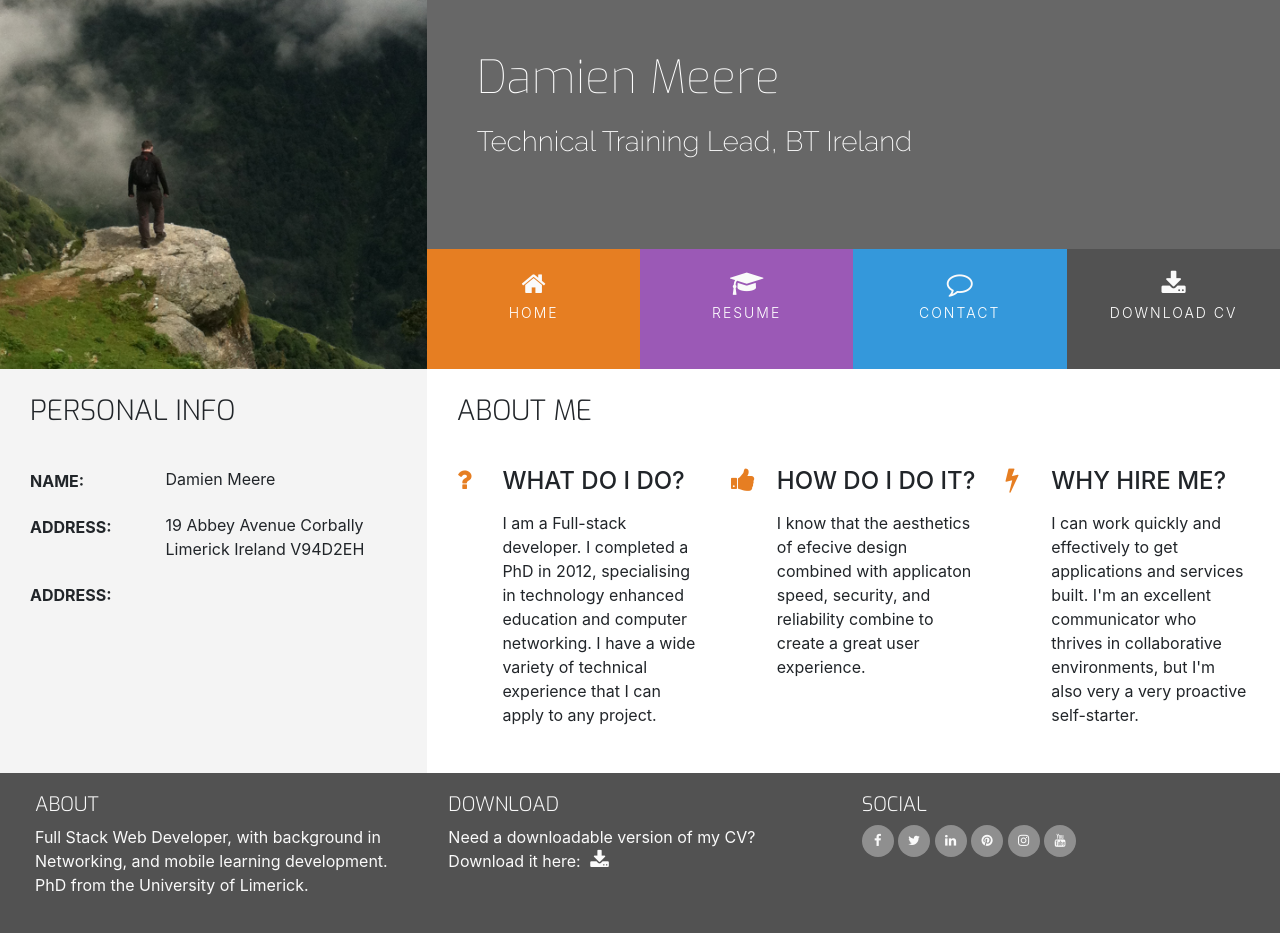
Repository: damien-meere/cv_site_project
Page: index.html
The author's editor kept a record of every edit. The page is drawn from the files as they stood at one moment, then again after the next edit.
The browser window is 1280 px wide. The pictures show the whole page.

Above is the page before.

### index.html
<!DOCTYPE html>
<html lang="en">

<head>
    <meta charset="UTF-8">
    <meta name="viewport" content="width=device-width, initial-scale=1.0">
    <meta http-equiv="X-UA-Compatible" content="ie=edge">
    <link rel="stylesheet" href="https://stackpath.bootstrapcdn.com/bootstrap/4.3.1/css/bootstrap.min.css" type="text/css" />
    <link rel="stylesheet" href="https://stackpath.bootstrapcdn.com/font-awesome/4.7.0/css/font-awesome.min.css" type="text/css" />
    <link rel="stylesheet" href="https://cdnjs.cloudflare.com/ajax/libs/hover.css/2.3.1/css/hover-min.css" type="text/css" />
    <link rel="stylesheet" href="assets/css/style.css" type="text/css" />
    <title>Damien Meere CV</title>
</head>

<body>
    <header>
        <div class="row no-gutters">
            <a href="index.html" class="col-md-4 logo"></a>
            <div class="col-md-8">
                <div class="row bg-color-name-title no-gutters">
                    <div class="col heading">
                        <h1 class="name">Damien Meere</h1>
                        <h2 class="title">Technical Training Lead, BT Ireland</h2>
                    </div>
                </div>
                <div class="row no-gutters">
                    <div class="col">
                        <ul id="nav" class="list-inline menu-container">
                            <!--the i element with fa is a font awesome icon. Aria hidden means this icon is ignored by screen readers-->
                            <li class="col-6 col-sm-3 list-inline-item ui-menu-color-home menuitem">
                                <a href="#" class="hvr-sweep-to-bottom"><i class="fa fa-home" aria-hidden="true"></i><span>Home</span></a>
                            </li>
                            <li class="col-6 col-sm-3 list-inline-item ui-menu-color-resume menuitem">
                                <a href="#" class="hvr-sweep-to-bottom"><i class="fa fa-graduation-cap" aria-hidden="true"></i><span>Resume</span></a>
                            </li>
                            <li class="col-6 col-sm-3 list-inline-item ui-menu-color-contact menuitem">
                                <a href="#" class="hvr-sweep-to-bottom"><i class="fa fa-comment-o" aria-hidden="true"></i><span>Contact</span></a>
                            </li>
                            <li class="col-6 col-sm-3 list-inline-item ui-menu-color-download menuitem">
                                <a href="#" class="hvr-sweep-to-bottom"><i class="fa fa-download" aria-hidden="true"></i><span>Download CV</span></a>
                            </li>
                        </ul>
                    </div>
                </div>
            </div>
        </div>
    </header>

    <!--Content Section of the page-->
    <section class="container-fluid">
        <div class="row">
            <!--contariner divided into 4&8 so -->
            <div class="col-md-4 bg-color-personal-info section-column">
                <div class="row">
                    <div class="col-12"><!--full with on all screen sizes-->
                        <h3 class="section-heading uppercase">Personal Info</h3>
                    </div>
                </div>
                <div class="personal-info-item">
                    <div class="key">
                        <p class="uppercase">
                            Name:
                        </p>
                    </div>
                    <div class="value">
                        <p>
                            Damien Meere
                        </p>
                    </div>
                </div>
                <div class="personal-info-item">
                    <div class="key">
                        <p class="uppercase">
                            Address:
                        </p>
                    </div>
                    <div class="value">
                        <p>
                            19 Abbey Avenue
                            Corbally
                            Limerick
                            Ireland
                            V94D2EH
                        </p>
                    </div>
                </div>
                                <div class="personal-info-item">
                    <div class="key">
                        <p class="uppercase">
                            Address:
                        </p>
                    </div>
                    <div class="value">
                        <p>

                        </p>
                    </div>
                </div>
            </div>


            <!--create a column (because we have to have a column as a direct child of a row) of size 8, which is two-thirds the width of the screen-->
            <!--don't need to add any size classes for screen sizes smaller than medium because Bootstrap will automatically default to 12, our full width.-->
            <!--The row-table class specifies the use of a table whereas section-column specifies the use of a table cell, which will give us evenly sized columns in terms of height.-->
            <div class="col-md-8 bg-color-three-reasons section-column">
                <div class="row">
                    <div class="col">
                        <h3 class="section-heading uppercase">About Me</h3>
                    </div>
                </div>
                <div class="row">
                    <!--When looked at on the mobile, this is going to be 10 columns wide with an offset of 1
                        so that we get the content centered and have a one column margin down the left side.
                        We're going to switch that offset off for tablets and larger because on the tablet,
                        we want it to appear in three columns of content.-->
                    <div class="col-10 offset-1 offset-sm-0 col-sm-4">
                        <div class="row">
                            <div class="col-2">
                                <i class="three-reasons-icon fa fa-question" aria-hidden="true"></i>
                            </div>
                            <div class="col-10">
                                <h4 class="three-reasons-heading uppercase">What do I do?</h4>
                                <p>
                                    I am a Full-stack developer. I completed a PhD in 2012, specialising in technology enhanced education
                                    and computer networking. I have a wide variety of technical experience that I can apply to any project.
                                </p>
                            </div>
                        </div>
                    </div>
                    <div class="col-10 offset-1 offset-sm-0 col-sm-4">
                        <div class="row">
                            <div class="col-2">
                                <i class="three-reasons-icon fa fa-thumbs-up" aria-hidden="true"></i>
                            </div>
                            <div class="col-10">
                                <h4 class="three-reasons-heading uppercase">How do i do it?</h4>
                                <p>
                                    I know that the aesthetics of efecive design combined with applicaton speed, security,
                                    and reliability combine to create a great user experience.
                                </p>
                            </div>
                        </div>
                    </div>
                    <div class="col-10 offset-1 offset-sm-0 col-sm-4">
                        <div class="row">
                            <div class="col-2">
                                <i class="three-reasons-icon fa fa-bolt" aria-hidden="true"></i>
                            </div>
                            <div class="col-10">
                                <h4 class="three-reasons-heading uppercase">Why Hire Me?</h4>
                                <p>
                                    I can work quickly and effectively to get applications and services built. I'm an excellent
                                    communicator who thrives in collaborative environments, but I'm also very a very proactive self-starter.
                                </p>
                            </div>
                        </div>
                    </div>
                </div>
            </div>
        </div>
    </section>

    <!--Footer of the Page-->
    <footer class="container-fluid">
        <div id="footer-details" class="row">
            <div class="col-sm-4">
                <h5 class="uppercase general-sub">About</h5>
                <p class="inline-block">
                    Full Stack Web Developer, with background in Networking, and mobile learning development. PhD from the University of Limerick.
                </p>
            </div>
            <div class="col-sm-4">
                <h5 class="uppercase general-sub">Download</h5>
                <p class="inline-block">
                    Need a downloadable version of my CV? Download it here:
                    <a href="#" target="_blank" class="cv-pdf">
                        <i class="fa fa-download" aria-hidden="true"></i>
                        <span class="sr-only">Download Link</span>
                </p>
            </div>
            <div class="col-sm-4">
                <h5 class="uppercase general-sub">Social</h5>
                <!--unordered list has Bootstrap's default class of list-inline-->
                <!--all items in a list-inline class must use the list-inline-item class-->
                <ul class="list-inline social-links">
                    <li class="list-inline-item">
                        <a target="_blank" href="#">
                            <i class="fa fa-facebook" aria-hidden="true"></i>
                            <!--Screen Reader Only (replace icon with text)-->
                            <span class="sr-only">Facebook</span>
                    </li>
                    <li class="list-inline-item">
                        <a target="_blank" href="#">
                            <i class="fa fa-twitter" aria-hidden="true"></i>
                            <!--Screen Reader Only (replace icon with text)-->
                            <span class="sr-only">Twitter</span>
                    </li>
                    <li class="list-inline-item">
                        <a target="_blank" href="#">
                            <i class="fa fa-linkedin" aria-hidden="true"></i>
                            <!--Screen Reader Only (replace icon with text)-->
                            <span class="sr-only">LinkedIn</span>
                    </li>
                    <li class="list-inline-item">
                        <a target="_blank" href="#">
                            <i class="fa fa-pinterest" aria-hidden="true"></i>
                            <!--Screen Reader Only (replace icon with text)-->
                            <span class="sr-only">Pinterest</span>
                    </li>
                    <li class="list-inline-item">
                        <a target="_blank" href="#">
                            <i class="fa fa-instagram" aria-hidden="true"></i>
                            <!--Screen Reader Only (replace icon with text)-->
                            <span class="sr-only">Instagram</span>
                    </li>
                    <li class="list-inline-item">
                        <a target="_blank" href="#">
                            <i class="fa fa-youtube" aria-hidden="true"></i>
                            <!--Screen Reader Only (replace icon with text)-->
                            <span class="sr-only">YouTube</span>
                    </li>
                </ul>
            </div>
        </div>

    </footer>


</body>

</html>

### assets/css/style.css
@import url('https://fonts.googleapis.com/css?family=Raleway:100,200,300,400,500.600,700|Exo:100,200,300,400,500.600,700');

/*--------------------------------------------------Colours*/
.bg-color-name-title{
    background-color: #676767;
}

.bg-color-three-reasons{
    background-color: #FFF;
}

.ui-menu-color-home {
    background-color: #e67e22;
}

.ui-menu-color-resume {
    background-color: #9b59b6;
}

.ui-menu-color-contact {
    background-color: #3498db;
}

.ui-menu-color-download {
    background-color: #525252;
}

.bg-color-personal-info{
    background-color: #f4f4f4;
}

.bg-color-work-history {
    background-color: #9b59b6;
}


/*--------------------------------------------------Special Padding/margins/text*/

h1,h2,h3,h4 {
    margin: 0;
}

.uppercase {
    text-transform: uppercase;
}

.general-sub {
    font-family: "Exo", sans-serif;
    font-weight:300;
    color: #fafafa;

}

/* By setting to table we can then specify its child columns as table cells, which ensures that the columns will remain equal height, regardless of their content*/
.row-table{
    display:table;
}

.section-column{
    display: table-cell;
    padding: 0 30px 30px;
    float: none;
}

.history-heading,
.section-heading{
    font-family: "Exo", sans-serif;
    font-weight: 300;
    margin-top: 25px;
    margin-bottom: 40px;
}



/*--------------------------------------------------Headings*/
header {
    margin: 0;
}

.heading{
    margin-left: 50px;
}

.logo {
    background: url("../images/logo_image.jpg");
    background-position: center;
    background-repeat: no-repeat;
    background-size: cover;
    min-height: 360px;
    transition: all .5s ease-in-out;
    -moz-transition: all .5s ease-in-out;
    -webkit-transition: all .5s ease-in-out;
}

.name {
    font-family: "Exo", sans-serif;
    font-weight: 100;
    font-size: 46px;
    margin-top: 50px;
    color: #fff;
}

.title {
    font-family: "Raleway", sans-serif;
    font-weight: 200;
    font-size: 28px;
    margin-top: 20px;
    margin-bottom: 90px;
    color: #fff;
}

.list-inline-item:not(:last-child) {
    margin: 0;
}

.menu-container {
    font-size: 0;
}

#nav {
    margin: 0;
}

#nav li {
    font-size: 14px;
    padding: 0;
}

.menuitem {
    height: 120px;
    text-align: center;
    padding: 0;
}

.menuitem a{
    width: 100%;
    text-decoration: none;
    color: #fff;
    height: 120px;
}

.menuitem a i {
    padding-top: 22px;
    /*Set to block to ensure icon appears on a new line*/
    display: block;
    color: #fafafa;
    font-size: 26px;
}


.menuitem span {
    display: block;
    width: 100%;
    padding-top: 5px;
    text-align: center;
    text-transform:uppercase;
    font-size: 14px;
    font-weight: 300;
    letter-spacing: 2px;
}



/*--------------------------------------------------Hover Override*/

.hvr-sweep-to-bottom:before{
    /*setting rgb to black, but the transparancy to 0.2, to its a subtle change*/
    background: rgba(0, 0, 0, 0.2);
}



/*--------------------------------------------------Footer*/

footer {
    background-color: #525252;
    color: #fafafa;
    min-height: 120px;
    margin: 0;

}

.inline-block{
    display:inline-block;
}

.cv-pdf i {
    font-size: 20px;
    color: #fafafa;
    text-align:center;
    padding-left: 5px;
    transition: all 0.3s ease-in-out;
    -moz-transition: all 0.3s ease-in-out;
    -webkit-transition: all 0.3s ease-in-out;
    -o-transition: all 0.3s ease-in-out;
}

.cv-pdf i:hover {
    color: #e84610;
}


.social-links{
    padding-bottom: 15px;
}

.social-links li a i{
    width: 32px;
    height: 32px;
    padding: 12px 0;
    /*if you set the border-radius to 50% when something has equal height and width, then you get a circle.*/
    border-radius: 50%;
    font-size: 13px;
    line-height: 7px;
    text-align: center;
    color: #fafafa;
    background: #8f8f8f;
    transition: all 0.3s ease-in-out;
    -moz-transition: all 0.3s ease-in-out;
    -webkit-transition: all 0.3s ease-in-out;
    -o-transition: all 0.3s ease-in-out;
}

.social-links li a i:hover{
    background: #e84610;

}

#footer-details{
    padding: 20px;
}

/*--------------------------------------------------Three Reasons*/

.three-reasons-icon {
    font-size: 26px;
    color: #e67e22;

}

.three-reasons-heading {
    margin-bottom: 15px;

}

/*--------------------------------------------------Personal Info*/

.personal-info-item {
    margin-bottom: 20px;
    display: block; /*set the display to block, so it will start and end with a newline and occupy the entirety of the horizontal space.*/
    clear: both; /*set the clear to both so that no other items can appear at either side of it in case, we were using floats.*/

}

.personal-info-item .key,
.personal-info-item .value {
    padding-right: 8px;
    display: inline-block; /*nline block allows us to put two divs side-by-side*/
}

.personal-info-item .key p,
.personal-info-item .value p {
    margin: 0;
}

.personal-info-item .key {
    width: 30%;
    margin-right: 21px;
    padding-top: 2px;
    vertical-align: top;

}

.personal-info-item .key p{
    font-weight: 700;
}

.personal-info-item .value {
    width: 60%;
    position: relative;
}

/*--------------------------------------------------Skills*/


.progress {
    position: relative;
    height: 25px;
    margin-bottom: 4px;
}

.progress-type {
    position: absolute;
    left: 0px;
    font-weight: 400;
    padding: 3px 30px 2px 10px;
    color: #fafafa;
    background-color: rgba(25, 25, 25, 0.2);
}

.progress-section {
    margin: 40px 20px;
}



/*--------------------------------------------------Work History*/

.history-heading {
    color: #fafafa;
    margin-bottom: 50px;

}

.timeline-item {
    padding: 4em 2em 0em 2em;
    position: relative;
    color: #fafafa;
    border-left: 1px solid;
}

.timeline-item p {
    padding: 0;
    margin: 0;
}

.timeline-item:before {
    content: attr(data-dates);
    position: absolute;
    left: 2.5em;
    top: 3em;
    display: block;
    font-family: "Exo", sans-serif;
    font-weight: 500;
    font-size: 0.8em;
    margin: 0;
    padding: 0;
}

.timeline-item:after {
    width: 12px;
    height: 12px;
    display:block;
    top: 2.4em;
    position: absolute;
    left: -6px;
    border-radius: 12px;
    content: '';
    background-color: #fafafa;
}

After the next edit:
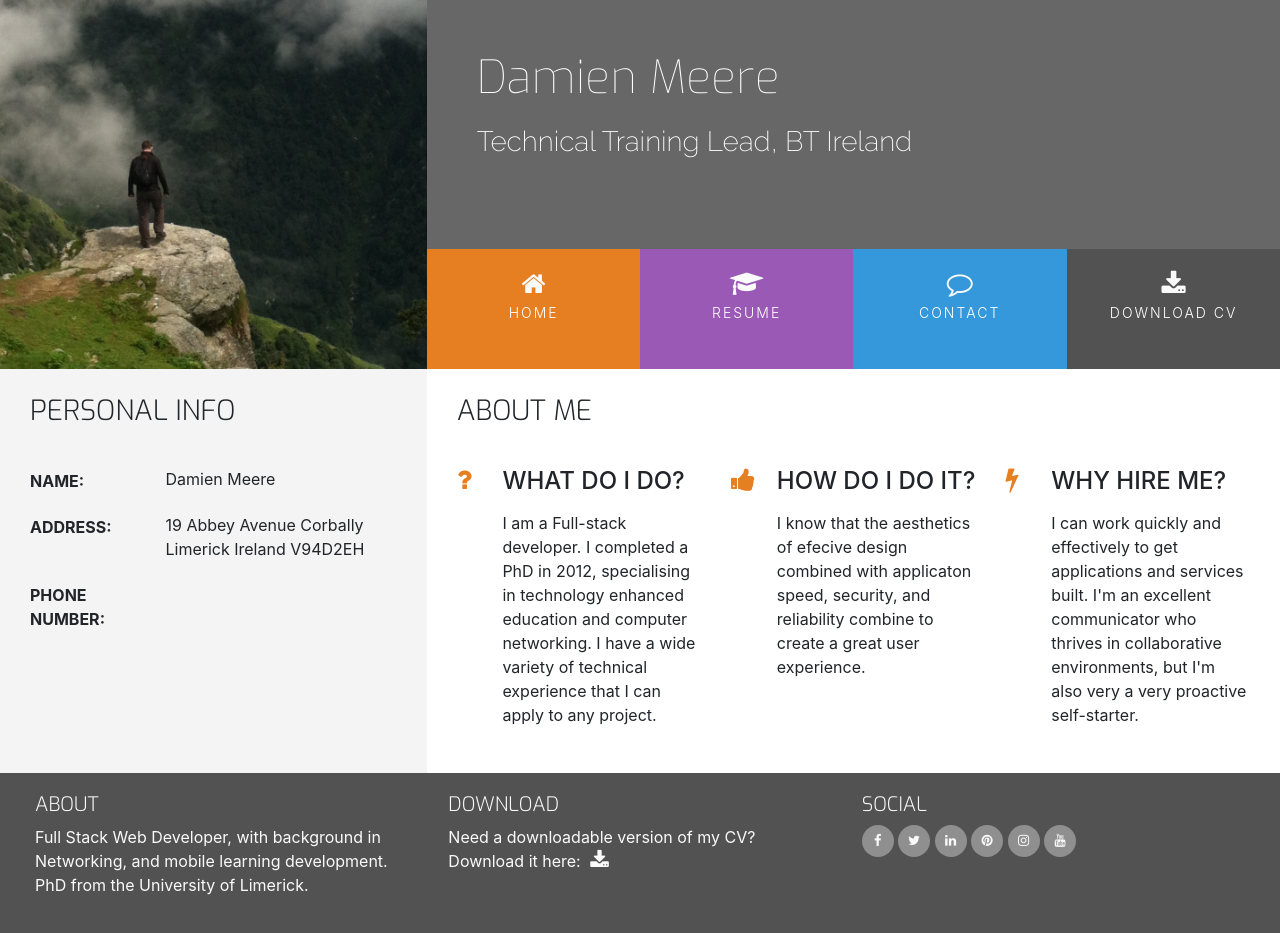
The edit:
--- a/index.html
+++ b/index.html
@@ -87,7 +87,7 @@
                                 <div class="personal-info-item">
                     <div class="key">
                         <p class="uppercase">
-                            Address:
+                            Phone Number:
                         </p>
                     </div>
                     <div class="value">
